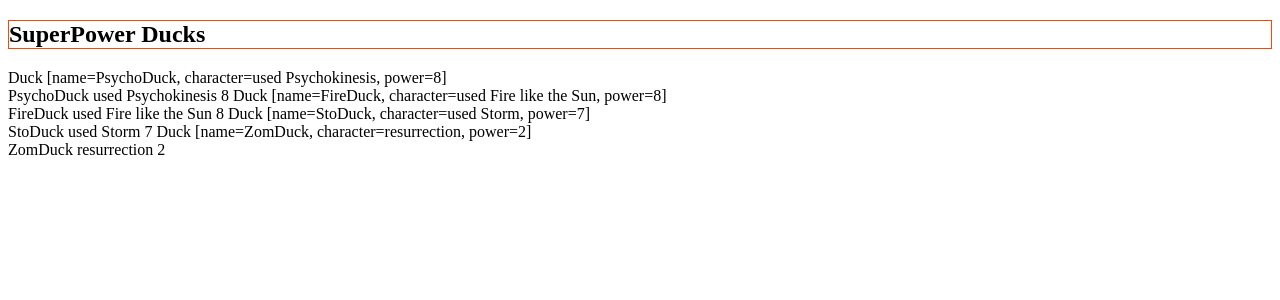
Repository: GTEM0/Acorn-classEdue2-java2-
Page: http://localhost/prj0831/duckList
The author's editor kept a copy of each file at every save. The page is drawn from the files as they stood at one save, then again after the next save.
The browser window is 1280 px wide. The pictures show the whole page.
The page is served by Tomcat 9. Other server files are loaded and not shown.

Above is the page before, as saved 2023-08-31 08:37:04.

### prj0831/src/main/webapp/WEB-INF/views/DuckList.jsp
<%@ page language="java" contentType="text/html; charset=UTF-8"
    pageEncoding="UTF-8"%>
<%@ page import="java.util.ArrayList" %>
<%@ page import="prj0831.Duck" %>
<!DOCTYPE html>
<html>
<head>
<meta charset="UTF-8">
<title>Insert title here</title>
<link href="./css/duck.css" rel="stylesheet" />
</head>
<body>

<h2>SuperPower Ducks</h2>


<%
ArrayList<Duck> list = (ArrayList<Duck>)request.getAttribute("list");

	for(Duck d : list){
		out.println(d + "<br>");
		out.println(d.getName());
		out.println(d.getCharacter());
		out.println(d.getPower());

	}
%>

</body>
</html>

### prj0831/src/main/java/prj0831/duckList.java
package prj0831;

import java.io.IOException;
import java.util.ArrayList;

import javax.servlet.ServletException;
import javax.servlet.annotation.WebServlet;
import javax.servlet.http.HttpServlet;
import javax.servlet.http.HttpServletRequest;
import javax.servlet.http.HttpServletResponse;

@WebServlet("/duckList")
public class duckList extends HttpServlet{

	@Override
	protected void doGet(HttpServletRequest request, HttpServletResponse response) throws ServletException, IOException {

				//Model 얻어오기
				//ServiceMVC5 s = new ServiceMVC5();
				//ArrayList<Member> list = s.getList();
				ServiceDuckList d = new ServiceDuckList();
				ArrayList<Duck> list = d.getList();

				//Model심기
				//request.setAttribute("list", list);
				//request.getRequestDispatcher("WEB-INF/views/acornlist.jsp").forward(request, response);
				request.setAttribute("list", list);
				request.getRequestDispatcher("WEB-INF/views/DuckList.jsp").forward(request, response);

	}


}

### prj0831/src/main/java/prj0831/ServiceDuckList.java
package prj0831;

import java.util.ArrayList;

public class ServiceDuckList {


	public ArrayList<Duck> getList(){

		ArrayList<Duck> list = new ArrayList<>();
		list.add(new Duck("PsychoDuck", "used Psychokinesis", "8"));
		list.add(new Duck("FireDuck", "used Fire like the Sun", "8"));
		list.add(new Duck("StoDuck", "used Storm", "7"));
		list.add(new Duck("ZomDuck", "resurrection", "2"));

		return list;
	}
}

### prj0831/src/main/java/prj0831/Duck.java
package prj0831;

public class Duck{

	String name;
	String character;
	String power;
	public String getName() {
		return name;
	}
	public void setName(String name) {
		this.name = name;
	}
	public String getCharacter() {
		return character;
	}
	public void setCharacter(String character) {
		this.character = character;
	}
	public String getPower() {
		return power;
	}
	public void setPower(String power) {
		this.power = power;
	}
	public Duck(String name, String character, String power) {
		super();
		this.name = name;
		this.character = character;
		this.power = power;
	}

	public Duck() {

	}
	@Override
	public String toString() {
		return "Duck [name=" + name + ", character=" + character + ", power=" + power + "]";
	}


}

### prj0831/src/main/webapp/css/duck.css
@charset "UTF-8";


h2{
	border: 1px solid orangered;
}

After the next save:
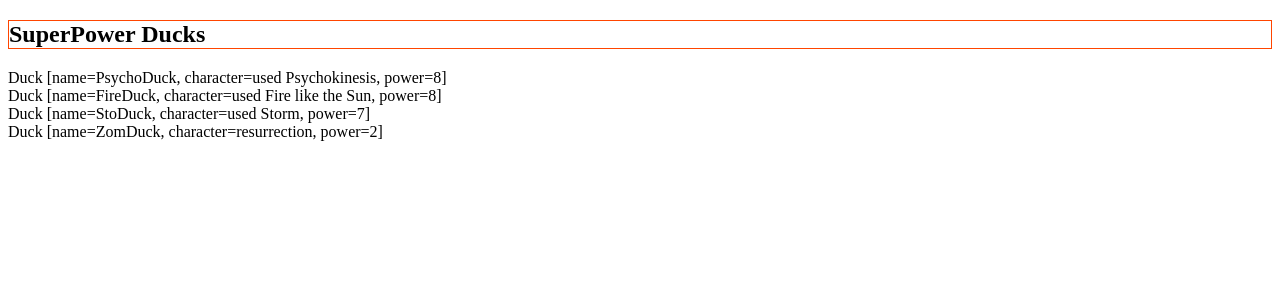
Saved 4 s later.
--- a/prj0831/src/main/webapp/WEB-INF/views/DuckList.jsp
+++ b/prj0831/src/main/webapp/WEB-INF/views/DuckList.jsp
@@ -19,9 +19,9 @@
 
 	for(Duck d : list){
 		out.println(d + "<br>");
-		out.println(d.getName());
-		out.println(d.getCharacter());
-		out.println(d.getPower());
+// 		out.println(d.getName());
+// 		out.println(d.getCharacter());
+// 		out.println(d.getPower());
 
 	}
 %>
